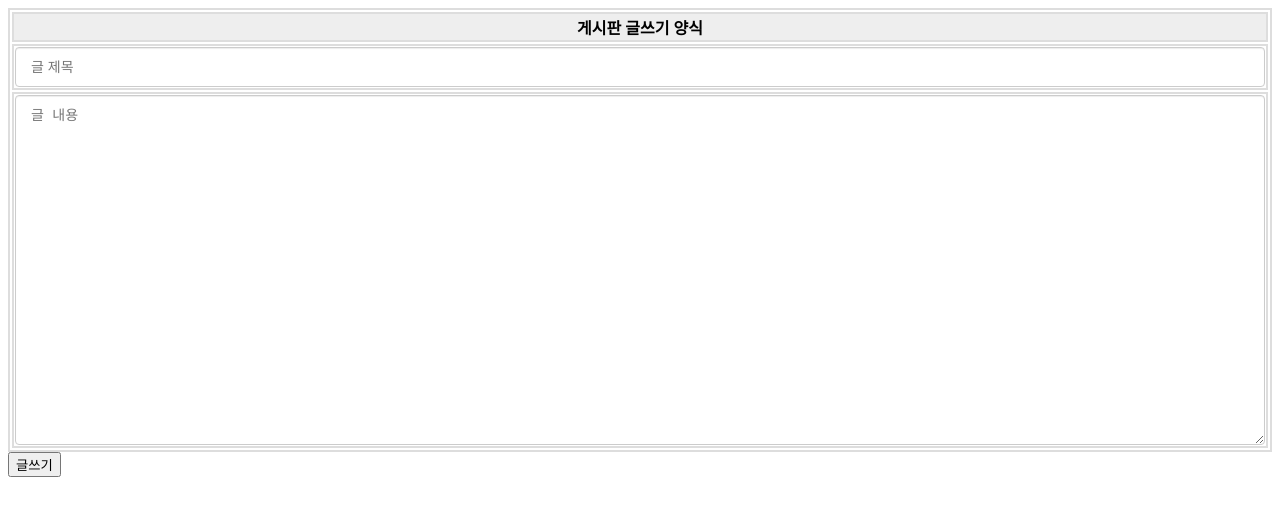
Repository: minjikimkim2222/BBS
Page: http://localhost/BBS/write.jsp
An editor plug-in stored every save of this project. The page is shown before and after the next save, followed by the edit.
The browser window is 1280 px wide. The pictures show the whole page.
The page is served by Tomcat 9. Other server files are loaded and not shown.

Above is the page before, as saved 2024-01-02 12:04:49.

### BBS/src/main/webapp/write.jsp
<%@ page language="java" contentType="text/html; charset=UTF-8"
    pageEncoding="UTF-8"%>
<!DOCTYPE html>
<html>
<head>
<meta charset="UTF-8">
<link rel = "stylesheet" href = "css/bootstrap.css">
<style>

		table, th, td {
			border : 2px solid #dddddd;
		}

		table {
		 	width : 100%;

		}


</style>
<title>write 화면</title>
</head>
<body>

	<div class = "my-container">
		<div class = "my-row">
			<form method = "post" action = "writeAction.jsp">
				<table class = "table table-striped" style = "text-align : center;">
					<thead>
						<tr>
							<th colspan = "2" style = "background-color : #eeeeee;">게시판 글쓰기 양식</th>
						</tr>
					</thead>
					<tbody>
						<tr>
							<td><input type = "text" class = "form-control" placeholder = "글 제목" name = "bbsTitle" maxlength = "50"></td>
						</tr>
						<tr>
							<td><textarea class = "form-control" placeholder = "글 내용" name = "bbsContent" maxlength = "2048" style = "height : 350px;"></textarea></td>
						</tr>
					</tbody>
				</table>

				<!-- 글쓰기 버튼 생성  -->
				<input type = "submit" value = "글쓰기">
			</form>
		</div>
	</div>
</body>
</html>

### BBS/src/main/webapp/css/bootstrap.css
@charset "UTF-8";

.form-group {
  margin-bottom: 20px;
}

.form-control {
  display: block;
  width: 100%;
  height: 40px;
  padding: 10px 15px;
  font-size: 14px;
  line-height: 1.42857143;
  color: #555;
  background-color: #fff;
  background-image: none;
  border: 1px solid #ccc;
  border-radius: 4px;
  -webkit-box-shadow: inset 0 1px 1px rgba(0, 0, 0, .075);
          box-shadow: inset 0 1px 1px rgba(0, 0, 0, .075);
  -webkit-transition: border-color ease-in-out .15s, -webkit-box-shadow ease-in-out .15s;
       -o-transition: border-color ease-in-out .15s, box-shadow ease-in-out .15s;
          transition: border-color ease-in-out .15s, box-shadow ease-in-out .15s;
  box-sizing: border-box; /* 추가된 부분 */
}

.container {
  padding-right: 15px;
  padding-left: 15px;
  margin-right: auto;
  margin-left: auto;

}

.jumbotron {
  padding-top: 30px;
  padding-bottom: 30px;
  margin-bottom: 30px;
  color: inherit;
  background-color: #eee;
  box-sizing: border-box; /* 추가된 부분 */
}

.col-lg-4 {
  width: 33.33333333%;

}


.col-lg-5 {
    width: 41.66666667%;
}

After the next save:
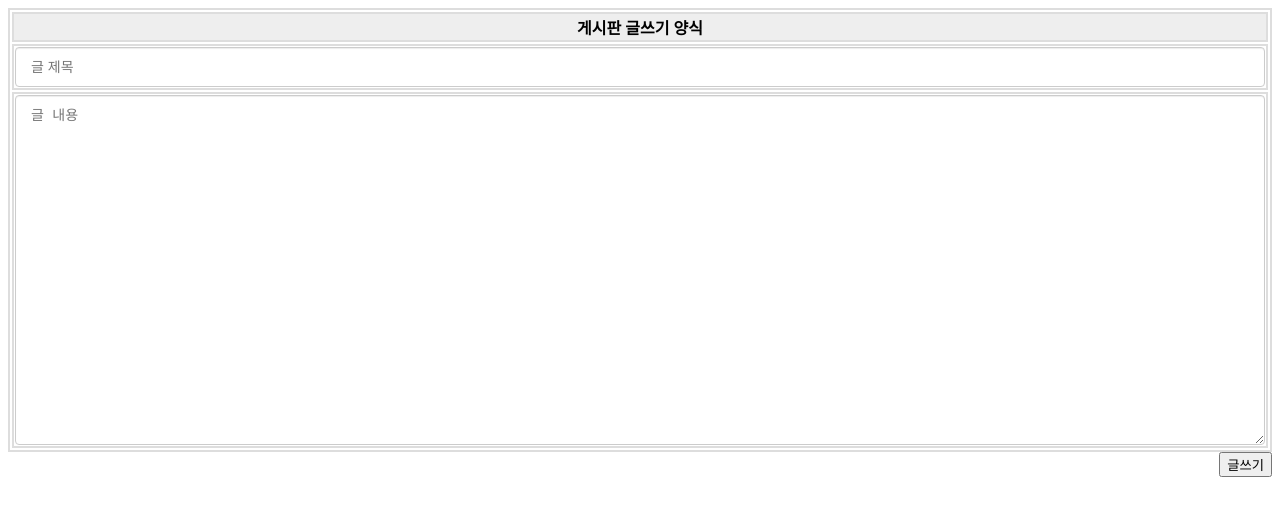
Saved 24 s later.
--- a/BBS/src/main/webapp/write.jsp
+++ b/BBS/src/main/webapp/write.jsp
@@ -42,7 +42,7 @@
 				</table>
 
 				<!-- 글쓰기 버튼 생성  -->
-				<input type = "submit" value = "글쓰기">
+				<input type = "submit" value = "글쓰기" style = "float : right;">
 			</form>
 		</div>
 	</div>

After the 2 saves that followed:
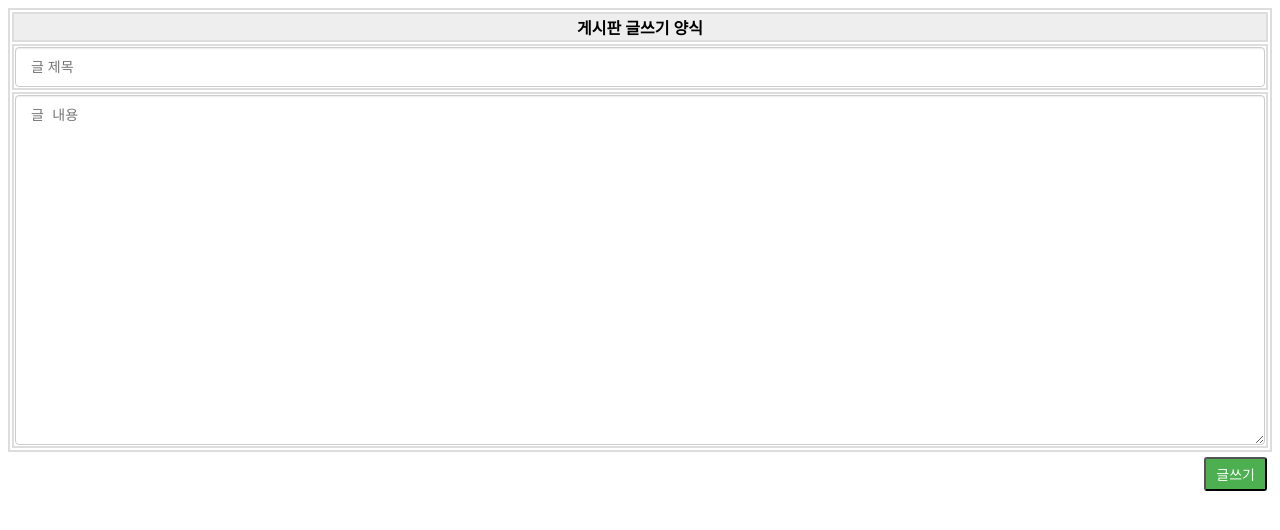
The 2 saves are shown as one change because 1 left the picture as it was.
The last was saved 31 s later.
--- a/BBS/src/main/webapp/write.jsp
+++ b/BBS/src/main/webapp/write.jsp
@@ -16,6 +16,18 @@
 
 		}
 
+		.button {
+    	margin: 5px; /* 간격 조절 */
+    	font-size: 14px; /* 글자 크기 조절 */
+    	text-decoration: none;
+    	display: inline-block;
+    	border-radius: 3px;
+
+		padding: 5px 10px; /* 크기 조절 */
+		background-color:  #4CAF50; /* Green */
+		color: white;
+
+		}
 
 </style>
 <title>write 화면</title>
@@ -42,7 +54,7 @@
 				</table>
 
 				<!-- 글쓰기 버튼 생성  -->
-				<input type = "submit" value = "글쓰기" style = "float : right;">
+				<input type = "submit" class = "button" value = "글쓰기" style = "float : right;">
 			</form>
 		</div>
 	</div>
